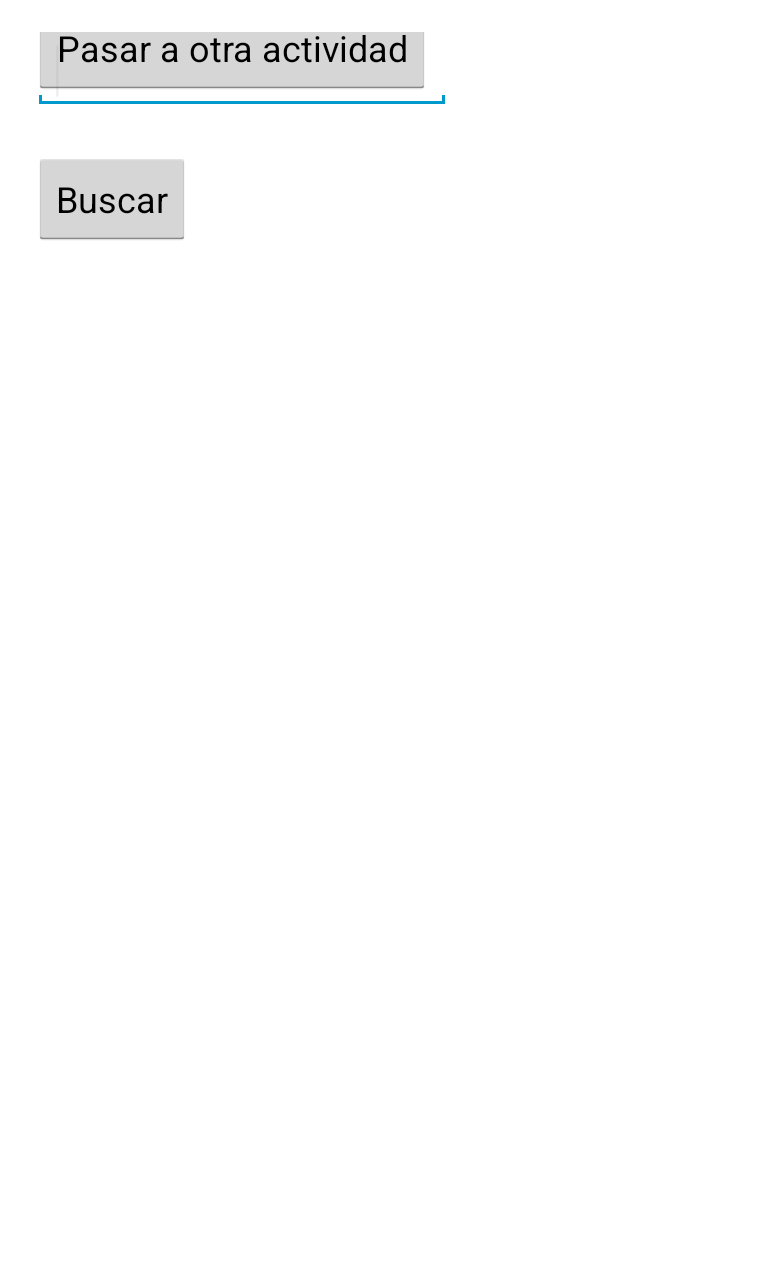
Repository: sstevenmr/SP-Galileo
Layout: Demo/res/layout/activity_main.xml
The author's editor kept a copy of each file at every save. The layout is drawn from the files as they stood at one save, then again after the next save.
It is drawn on a 768 x 1280 px phone screen (xhdpi) without system bars, with theme AppTheme; the app's code is not run.

Above is the layout before, as saved 2014-01-24 03:16:57.

After the next save:
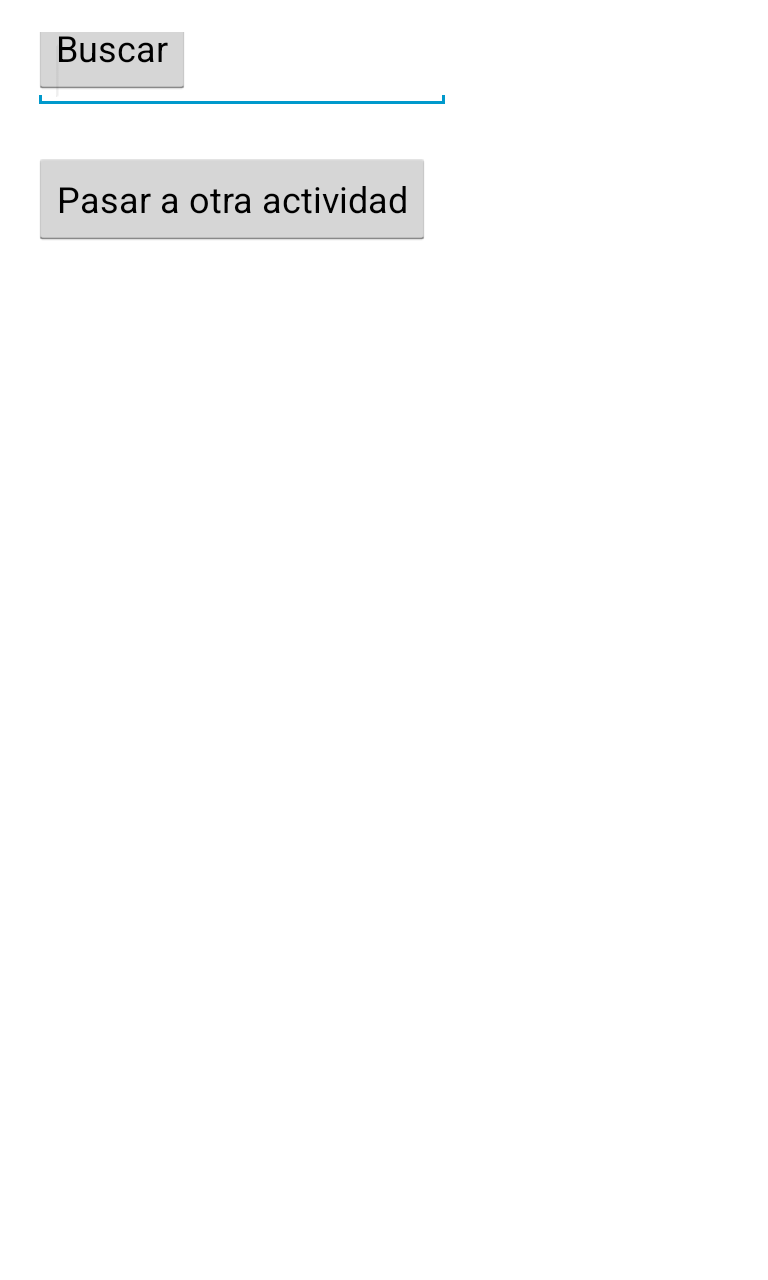
Saved 14 s later.
--- a/Demo/res/layout/activity_main.xml
+++ b/Demo/res/layout/activity_main.xml
@@ -27,7 +27,7 @@
         android:layout_alignLeft="@+id/editTextSearchQuery"
         android:layout_below="@+id/editTextSearchQuery"
         android:layout_marginTop="20dp"
-        android:text="@string/btn_Search"/>
+        android:text="@string/btn_open_activity"/>
 
     <Button
         android:id="@+id/btnSearch"
@@ -36,6 +36,6 @@
         android:layout_alignBaseline="@+id/btnSearch"
         android:layout_alignBottom="@+id/btnSearch"
         android:layout_toRightOf="@+id/btnSearch"
-        android:text="@string/btn_open_activity" />
+        android:text="@string/btn_Search" />
 
 </RelativeLayout>
